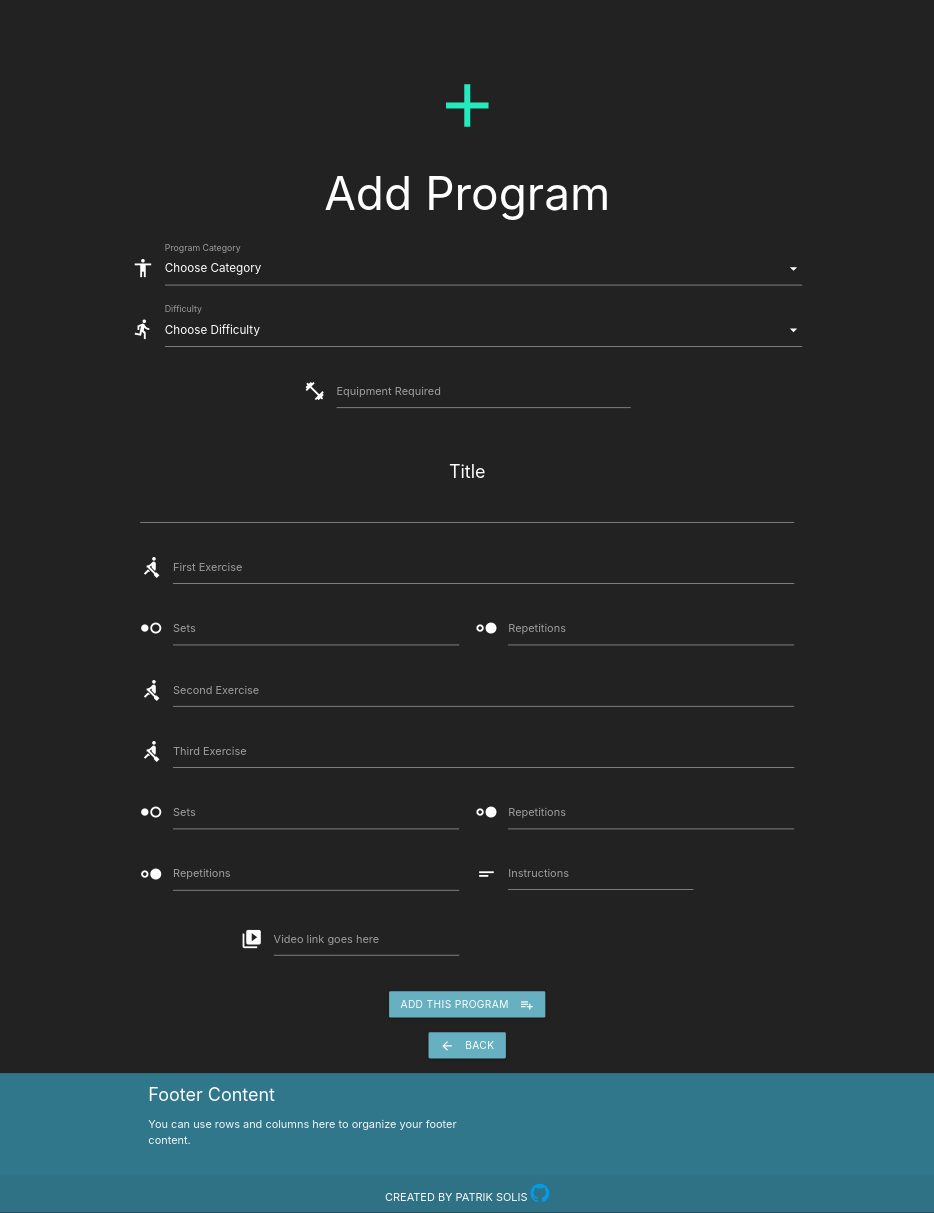
Repository: Ario124/calisthenics-project
Page: http://localhost/add_program
The author's editor kept a record of every edit. The page is drawn from the files as they stood at one moment, then again after the next edit.
The browser window is 1280 px wide. The pictures show the whole page, at 73% of full size.
The page is served by the project's application, run on Flask 3 (app.py). Queries for data that is not in the repository find no rows.

Above is the page before.

After the next edit:
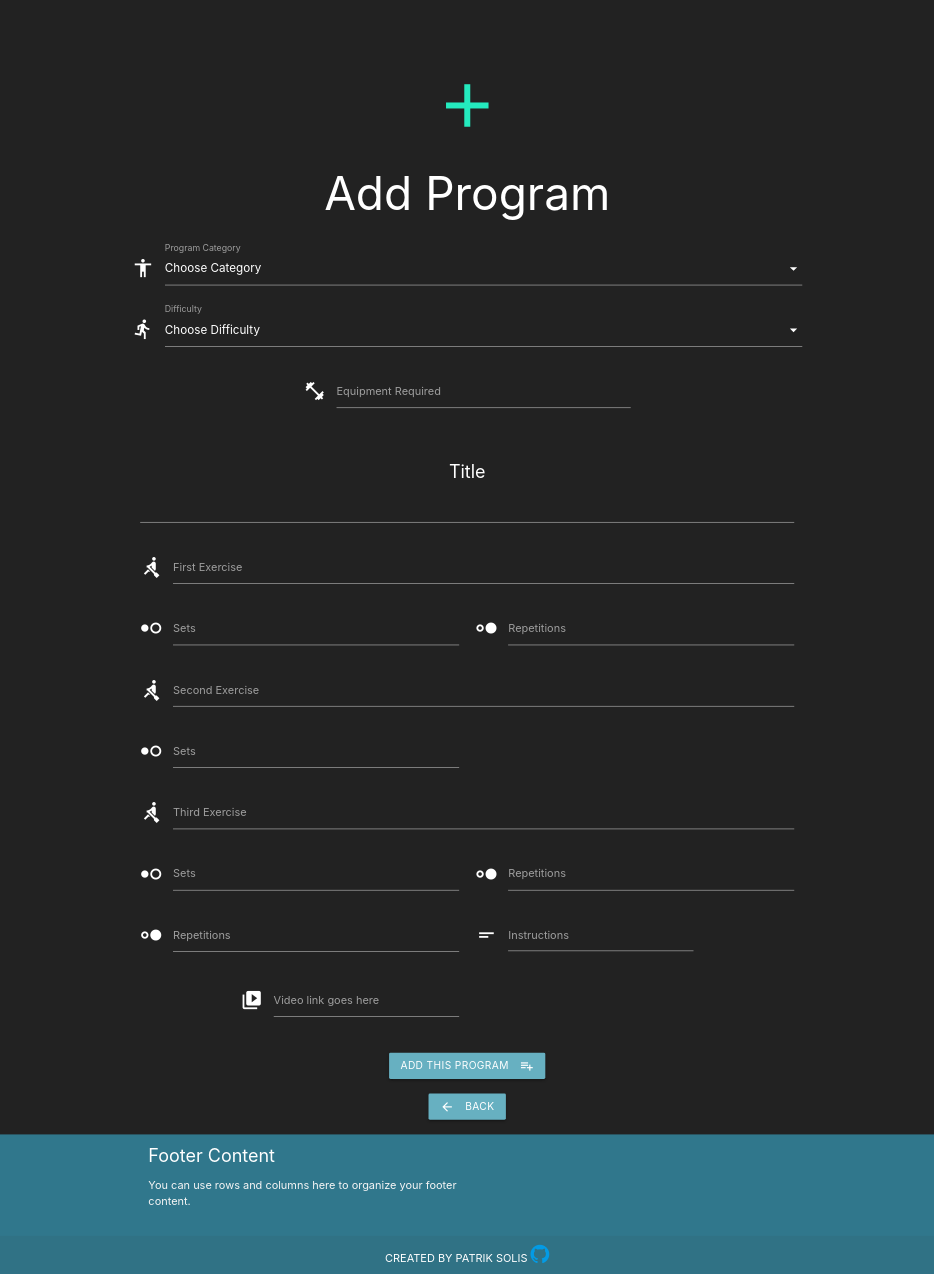
The edit:
--- a/templates/add_program.html
+++ b/templates/add_program.html
@@ -69,6 +69,12 @@
                 <label for="icon_prefix">Second Exercise</label>
             </div>
 
+                    <div class="input-field col s6">
+                <i class="material-icons prefix">hdr_weak</i>
+                <input id="sets_amount2" name="sets_amount2" type="text" required>
+                <label for="icon_prefix">Sets</label>
+            </div>
+
             <div class="input-field col s12">
                 <i class="material-icons prefix">rowing</i>
                 <input id="exercise3" name="exercise3" type="text" required>
